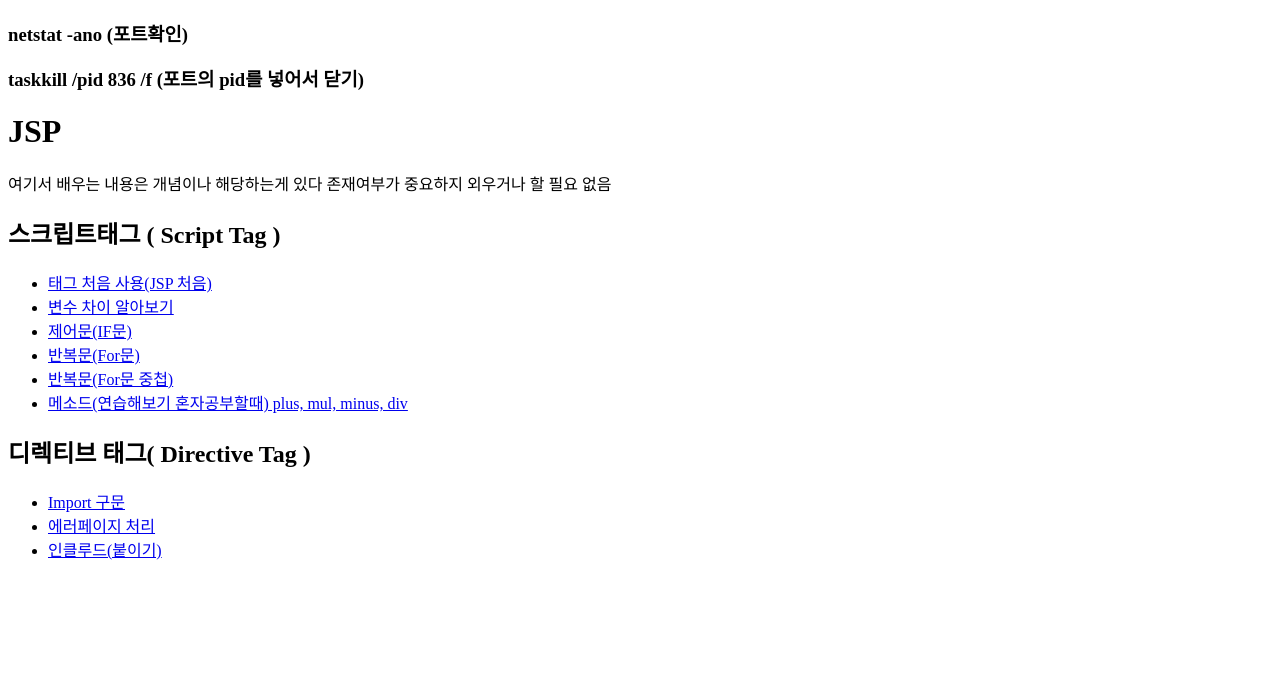
Repository: kvmhyvmvn/Study_JspServlet
Page: WorkSpace/03.Tag/src/main/webapp/index.html
These files come from the project's save history. The page is drawn as it stood at one moment and after the next save; the edit follows.
The browser window is 1280 px wide. The pictures show the whole page.

Above is the page before, as saved 2023-05-19 03:05:18.

After the next save:
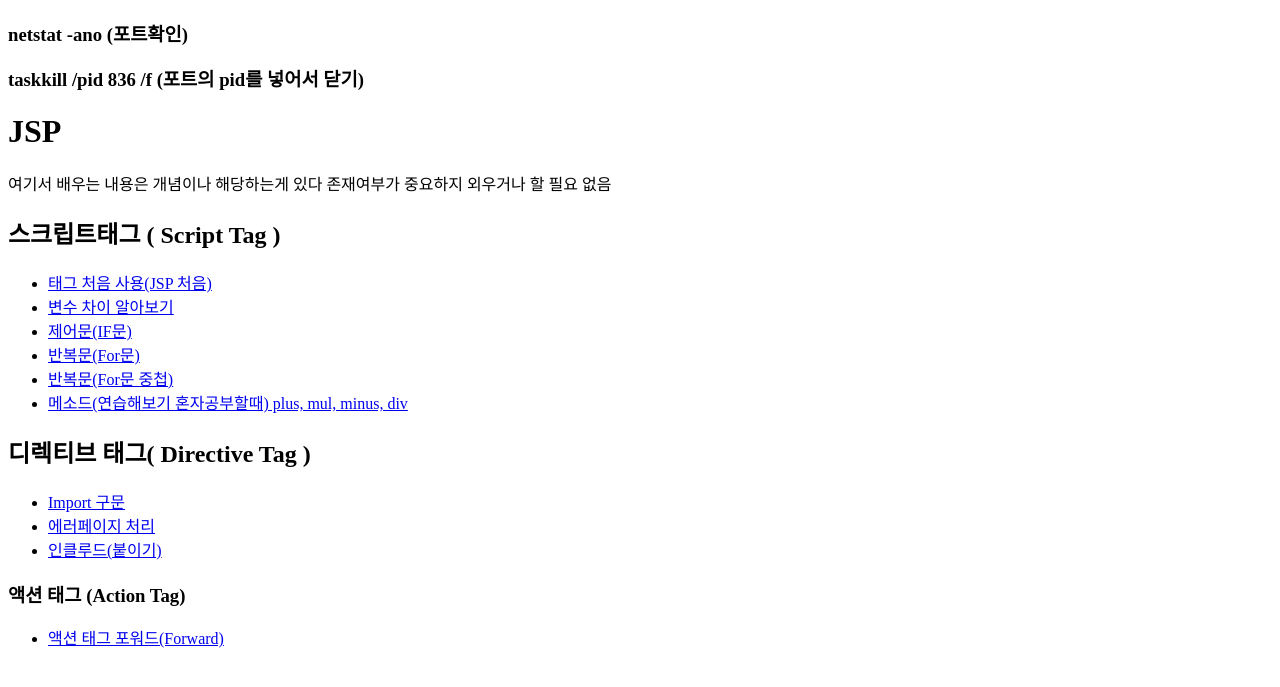
Saved 4 min 4 s later.
--- a/WorkSpace/03.Tag/src/main/webapp/index.html
+++ b/WorkSpace/03.Tag/src/main/webapp/index.html
@@ -28,5 +28,10 @@
 		<li><a href="02.Directive/Ex02ErrorMain.jsp">에러페이지 처리</a></li>
 		<li><a href="02.Directive/Ex03IncludeMain.jsp">인클루드(붙이기)</a></li>
 	</ul>
+
+	<h3> 액션 태그 (Action Tag)</h3>
+	<ul>
+		<li><a href="03.Action/Ex01Forward.jsp">액션 태그 포워드(Forward)</a></li>
+	</ul>
 </body>
 </html>
